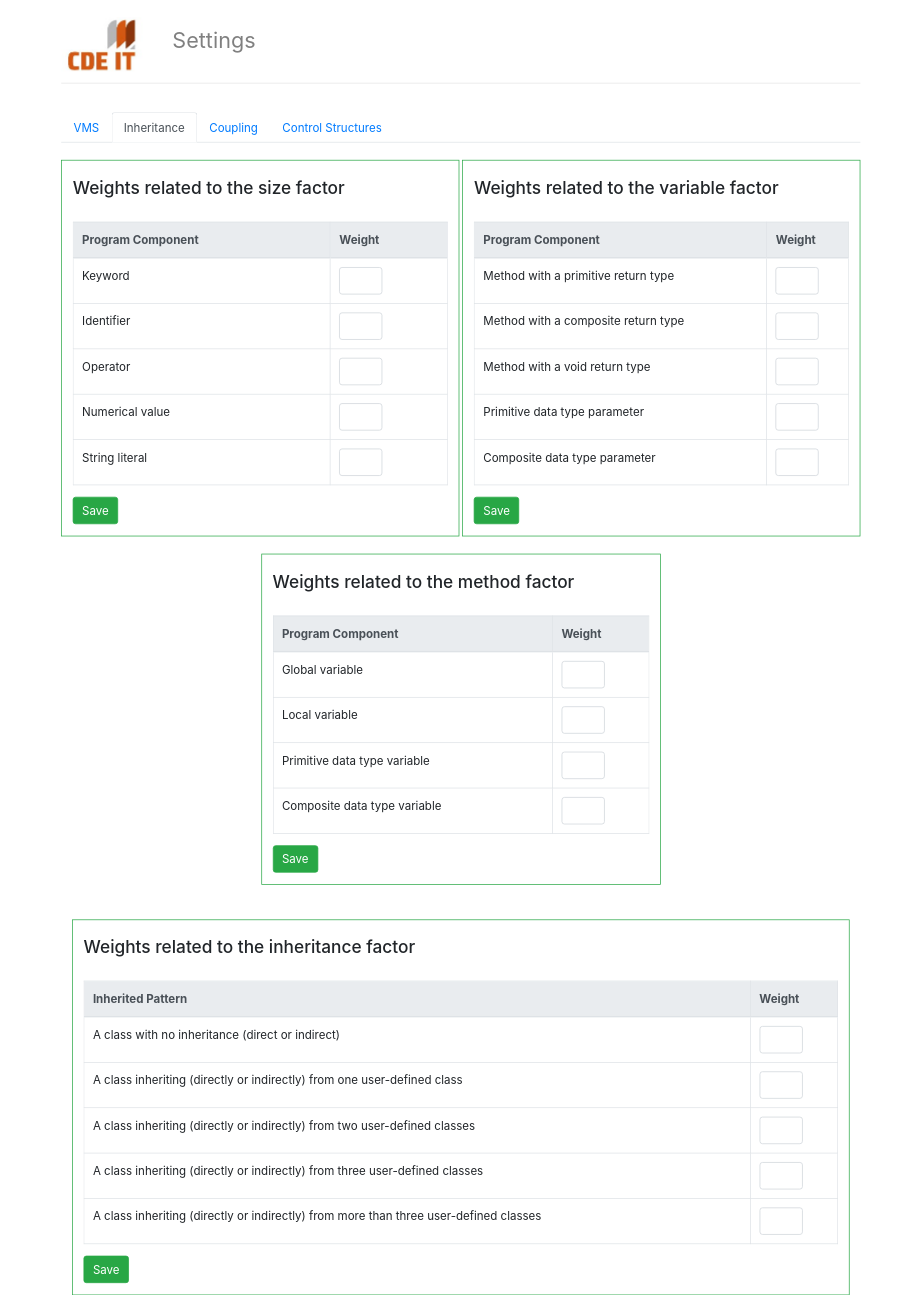
Repository: JudeAshan98/ITPM
Page: CDE_IT/WebContent/views/settings.html
These files come from the project's save history. The page is drawn as it stood at one moment and after the next save; the edit follows.
The browser window is 1280 px wide. The pictures show the whole page, at 72% of full size.

Above is the page before, as saved 2020-03-01 17:10:24.

### CDE_IT/WebContent/views/settings.html
<!DOCTYPE html>
<html lang="en">
<head>
<title>Bootstrap Example</title>
<meta charset="utf-8">
<meta name="viewport" content="width=device-width, initial-scale=1">
<link rel="stylesheet"
	href="https://maxcdn.bootstrapcdn.com/bootstrap/4.4.1/css/bootstrap.min.css">
<script
	src="https://ajax.googleapis.com/ajax/libs/jquery/3.4.1/jquery.min.js"></script>
<script
	src="https://cdnjs.cloudflare.com/ajax/libs/popper.js/1.16.0/umd/popper.min.js"></script>
<script
	src="https://maxcdn.bootstrapcdn.com/bootstrap/4.4.1/js/bootstrap.min.js"></script>
</head>
<body>
	<br>

	<div class="container">
		<div>
			<img src="../img/logoe.png" style="max-height: 75px">
			<text style="font-size:30px; color:gray ; margin-left:30px;">
			Settings<text>
			<hr />
		</div>
		<br>

		<!-- Nav tabs -->
		<ul class="nav nav-tabs" role="tablist">
			<li class="nav-item"><a class="nav-link" data-toggle="tab"
				href="#vms">VMS</a></li>
			<li class="nav-item"><a class="nav-link active"
				data-toggle="tab" href="#inheritance">Inheritance</a></li>
			<li class="nav-item"><a class="nav-link" data-toggle="tab"
				href="#Coupling">Coupling</a></li>
			<li class="nav-item"><a class="nav-link" data-toggle="tab"
				href="#Control">Control Structures</a></li>
		</ul>

		<!-- Tab panes -->
		<div class="tab-content">
			<div id="vms" class="container tab-pane active">
				<br>
				<div class="row">
					<div class="col-sm border border-success">
						<br>
						<h4>Weights related to the size factor</h4>
						<div class="table-responsive">
							<br>
							<table class="table table-bordered">
								<thead class="thead-light">
									<tr>
										<th>Program Component</th>
										<th>Weight</th>
									</tr>
								</thead>
								<tbody>
									<tr>
										<td>Keyword</td>
										<td><input type="number" class="form-control"   style="width:60px"></td>
									</tr>
									<tr>
										<td>Identifier</td>
										<td><input type="number" class="form-control"   style="width:60px"></td>
									</tr>
									<tr>
										<td>Operator</td>
										<td><input type="number" class="form-control"   style="width:60px"></td>
									</tr>
									<tr>
										<td>Numerical value</td>
										<td><input type="number" class="form-control"   style="width:60px"></td>
									</tr>
									<tr>
										<td>String literal</td>
										<td><input type="number" class="form-control"   style="width:60px"></td>
									</tr>
								</tbody>
							</table>
						</div>
						<button type="button" class="btn btn-success">Save</button>
					</div>
					&nbsp
					<div class="col-sm border border-success">
						<br>
						<h4>Weights related to the variable factor</h4>
						<div class="table-responsive">
							<br>
							<table class="table table-bordered">
								<thead class="thead-light">
									<tr>
										<th>Program Component</th>
										<th>Weight</th>
									</tr>
								</thead>
								<tbody>
									<tr>
										<td>Method with a primitive return type</td>
										<td><input type="number" class="form-control"   style="width:60px"></td>
									</tr>
									<tr>
										<td>Method with a composite return type</td>
										<td><input type="number" class="form-control"   style="width:60px"></td>
									</tr>
									<tr>
										<td>Method with a void return type</td>
										<td><input type="number" class="form-control"   style="width:60px"></td>
									</tr>
									<tr>
										<td>Primitive data type parameter</td>
										<td><input type="number" class="form-control"   style="width:60px"></td>
									</tr>
									<tr>
										<td>Composite data type parameter</td>
										<td><input type="number" class="form-control"   style="width:60px"></td>
									</tr>
								</tbody>
							</table>

						</div>
						<button type="button" class="btn btn-success">Save</button>
						<p></p>
					</div>
				</div>
				<br>
				<div class="row justify-content-md-center">
					<div class="col-md-6 border border-success">
						<br>
						<h4>Weights related to the method factor</h4>
						<div class="table-responsive">
							<br>
							<table class="table table-bordered">
								<thead class="thead-light">
									<tr>
										<th>Program Component</th>
										<th>Weight</th>
									</tr>
								</thead>
								<tbody>
									<tr>
										<td>Global variable</td>
										<td><input type="number" class="form-control"   style="width:60px"></td>
									</tr>
									<tr>
										<td>Local variable</td>
										<td><input type="number" class="form-control"   style="width:60px"></td>
									</tr>
									<tr>
										<td>Primitive data type variable</td>
										<td><input type="number" class="form-control"   style="width:60px"></td>
									</tr>
									<tr>
										<td>Composite data type variable</td>
										<td><input type="number" class="form-control"   style="width:60px"></td>
									</tr>
								</tbody>
							</table>
						</div>
						<button type="button" class="btn btn-success">Save</button>
						<p></p>
					</div>
				</div>
				<br>
			</div>
			<div id="inheritance" class="container tab-pane active">
				<br>
				<div class="col-sm border border-success">
					<br>
					<h4>Weights related to the inheritance factor</h4>
					<div class="table-responsive">
						<br>
						<table class="table table-bordered">
							<thead class="thead-light">
								<tr>
									<th>Inherited Pattern</th>
									<th>Weight</th>
								</tr>
							</thead>
							<tbody>
								<tr>
									<td>A class with no inheritance (direct or indirect)</td>
									<td><input type="number" class="form-control"   style="width:60px"></td>
								</tr>
								<tr>
									<td>A class inheriting (directly or indirectly) from one user-defined class</td>
									<td><input type="number" class="form-control"   style="width:60px"></td>
								</tr>
								<tr>
									<td>A class inheriting (directly or indirectly) from two user-defined classes</td>
									<td><input type="number" class="form-control"   style="width:60px"></td>
								</tr>
								<tr>
									<td>A class inheriting (directly or indirectly) from three user-defined classes</td>
									<td><input type="number" class="form-control"   style="width:60px"></td>
								</tr>
								<tr>
									<td>A class inheriting (directly or indirectly) from more than three user-defined classes</td>
									<td><input type="number" class="form-control"   style="width:60px"></td>
								</tr>
							</tbody>
						</table>
					</div>
					<button type="button" class="btn btn-success">Save</button>
					<p></p>
				</div>
			</div>
			<div id="Coupling" class="container tab-pane fade">
				<br>
				<div class="col-sm border border-success">
					<br>
					<h4>Weights related to the coupling factor</h4>
					<div class="table-responsive">
						<br>
						<table class="table table-bordered">
							<thead class="thead-light">
								<tr>
									<th>Coupling Type</th>
									<th>Weight</th>
								</tr>
							</thead>
							<tbody>
								<tr>
									<td>A recursive call</td>
									<td><input type="number" class="form-control"   style="width:60px"></td>
								</tr>
								<tr>
									<td>A regular method calling another regular method in the same file</td>
									<td><input type="number" class="form-control"   style="width:60px"></td>
								</tr>
								<tr>
									<td>A regular method calling another regular method in a different file</td>
									<td><input type="number" class="form-control"   style="width:60px"></td>
								</tr>
								<tr>
									<td>A regular method calling a recursive method in the same file</td>
									<td><input type="number" class="form-control"   style="width:60px"></td>
								</tr>
								<tr>
									<td>A regular method calling a recursive method in a different file</td>
									<td><input type="number" class="form-control"   style="width:60px"></td>
								</tr>
								<tr>
									<td>A recursive method calling another recursive method in the same file</td>
									<td><input type="number" class="form-control"   style="width:60px"></td>
								</tr>
								<tr>
									<td>A recursive method calling another recursive method in a different file</td>
									<td><input type="number" class="form-control"   style="width:60px"></td>
								</tr>
								<tr>
									<td>A recursive method calling a regular method in the same file</td>
									<td><input type="number" class="form-control"   style="width:60px"></td>
								</tr>
								<tr>
									<td>A recursive method calling a regular method in a different file</td>
									<td><input type="number" class="form-control"   style="width:60px"></td>
								</tr>
								<tr>
									<td>A regular method referencing a global variable in the same file</td>
									<td><input type="number" class="form-control"   style="width:60px"></td>
								</tr>
								<tr>
									<td>A regular method referencing a global variable in a different file</td>
									<td><input type="number" class="form-control"   style="width:60px"></td>
								</tr>
								<tr>
									<td>A recursive method referencing a global variable in the same file</td>
									<td><input type="number" class="form-control"   style="width:60px"></td>
								</tr>
								<tr>
									<td>A recursive method referencing a global variable in a different file</td>
									<td><input type="number" class="form-control"   style="width:60px"></td>
								</tr>
							</tbody>
						</table>
					</div>
					<button type="button" class="btn btn-success">Save</button>
					<p></p>
				</div>
			</div>
			<div id="Control" class="container tab-pane fade">
				<br>
				<div class="col-sm border border-success">
					<br>
					<h4>Weights related to the control structure factor</h4>
					<div class="table-responsive">
						<br>
						<table class="table table-bordered">
							<thead class="thead-light">
								<tr>
									<th>Program Component</th>
									<th>Weight</th>
								</tr>
							</thead>
							<tbody>
								<tr>
									<td>A conditional control structure such as an ‘if’ or ‘else-if’ condition</td>
									<td><input type="number" class="form-control"   style="width:60px"></td>
								</tr>
								<tr>
									<td>An iterative control structure such as a ‘for’, ‘while’, or ‘do-while’ loop</td>
									<td><input type="number" class="form-control"   style="width:60px"></td>
								</tr>
								<tr>
									<td>The ‘switch’ statement in a ‘switch-case’ control structure</td>
									<td><input type="number" class="form-control"   style="width:60px"></td>
								</tr>
								<tr>
									<td>Each ‘case’ statement in a ‘switch-case’ control structure</td>
									<td><input type="number" class="form-control"   style="width:60px"></td>
								</tr>
							</tbody>
						</table>
					</div>
					<button type="button" class="btn btn-success">Save</button>
					<p></p>
				</div>
			</div>
		</div>

	</div>
</body>
</html>

After the next save:
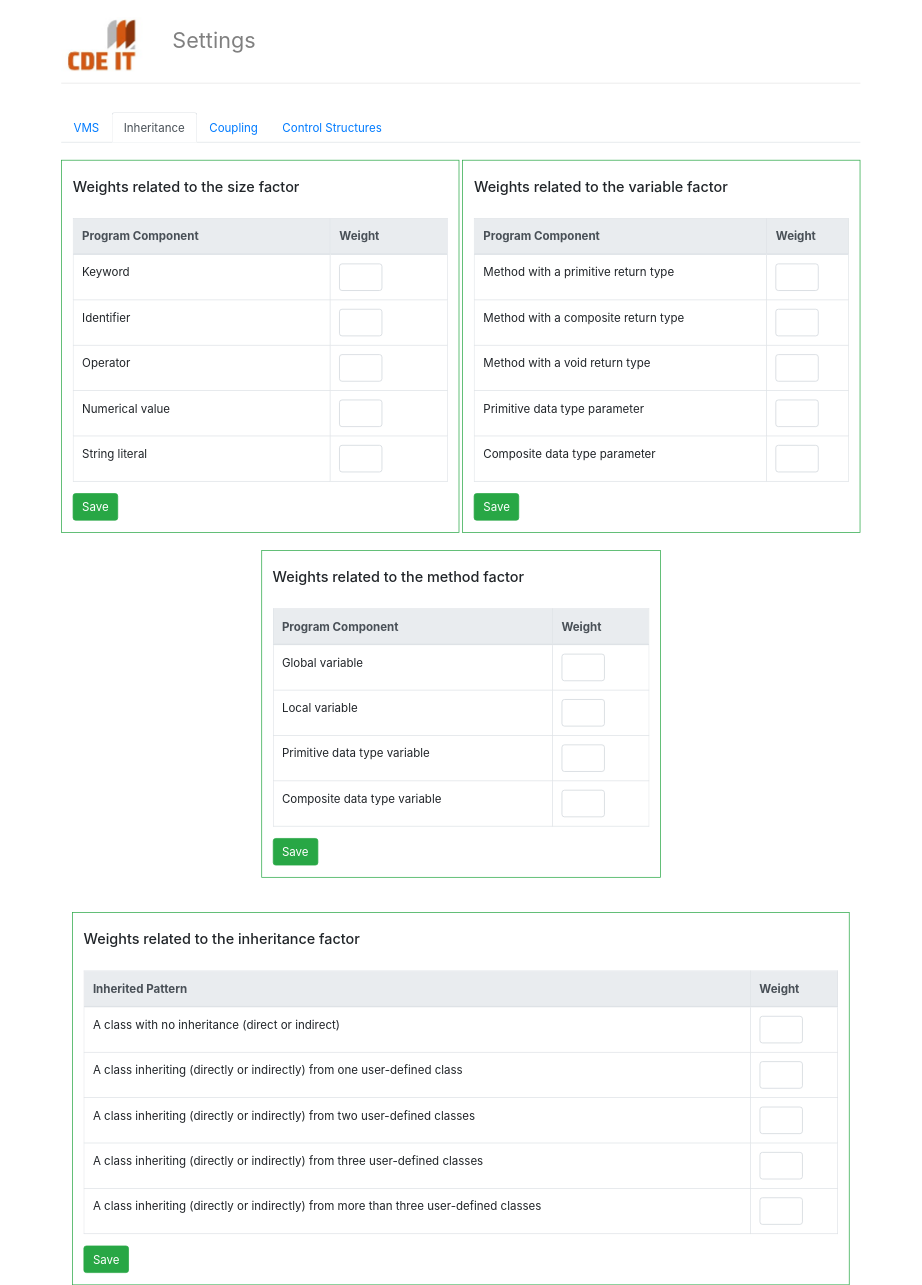
Saved 42 s later.
--- a/CDE_IT/WebContent/views/settings.html
+++ b/CDE_IT/WebContent/views/settings.html
@@ -44,7 +44,7 @@
 				<div class="row">
 					<div class="col-sm border border-success">
 						<br>
-						<h4>Weights related to the size factor</h4>
+						<h5>Weights related to the size factor</h5>
 						<div class="table-responsive">
 							<br>
 							<table class="table table-bordered">
@@ -83,7 +83,7 @@
 					&nbsp
 					<div class="col-sm border border-success">
 						<br>
-						<h4>Weights related to the variable factor</h4>
+						<h5>Weights related to the variable factor</h5>
 						<div class="table-responsive">
 							<br>
 							<table class="table table-bordered">
@@ -126,7 +126,7 @@
 				<div class="row justify-content-md-center">
 					<div class="col-md-6 border border-success">
 						<br>
-						<h4>Weights related to the method factor</h4>
+						<h5>Weights related to the method factor</h5>
 						<div class="table-responsive">
 							<br>
 							<table class="table table-bordered">
@@ -166,7 +166,7 @@
 				<br>
 				<div class="col-sm border border-success">
 					<br>
-					<h4>Weights related to the inheritance factor</h4>
+					<h5>Weights related to the inheritance factor</h5>
 					<div class="table-responsive">
 						<br>
 						<table class="table table-bordered">
@@ -208,7 +208,7 @@
 				<br>
 				<div class="col-sm border border-success">
 					<br>
-					<h4>Weights related to the coupling factor</h4>
+					<h5>Weights related to the coupling factor</h5>
 					<div class="table-responsive">
 						<br>
 						<table class="table table-bordered">
@@ -282,7 +282,7 @@
 				<br>
 				<div class="col-sm border border-success">
 					<br>
-					<h4>Weights related to the control structure factor</h4>
+					<h5>Weights related to the control structure factor</h5>
 					<div class="table-responsive">
 						<br>
 						<table class="table table-bordered">
